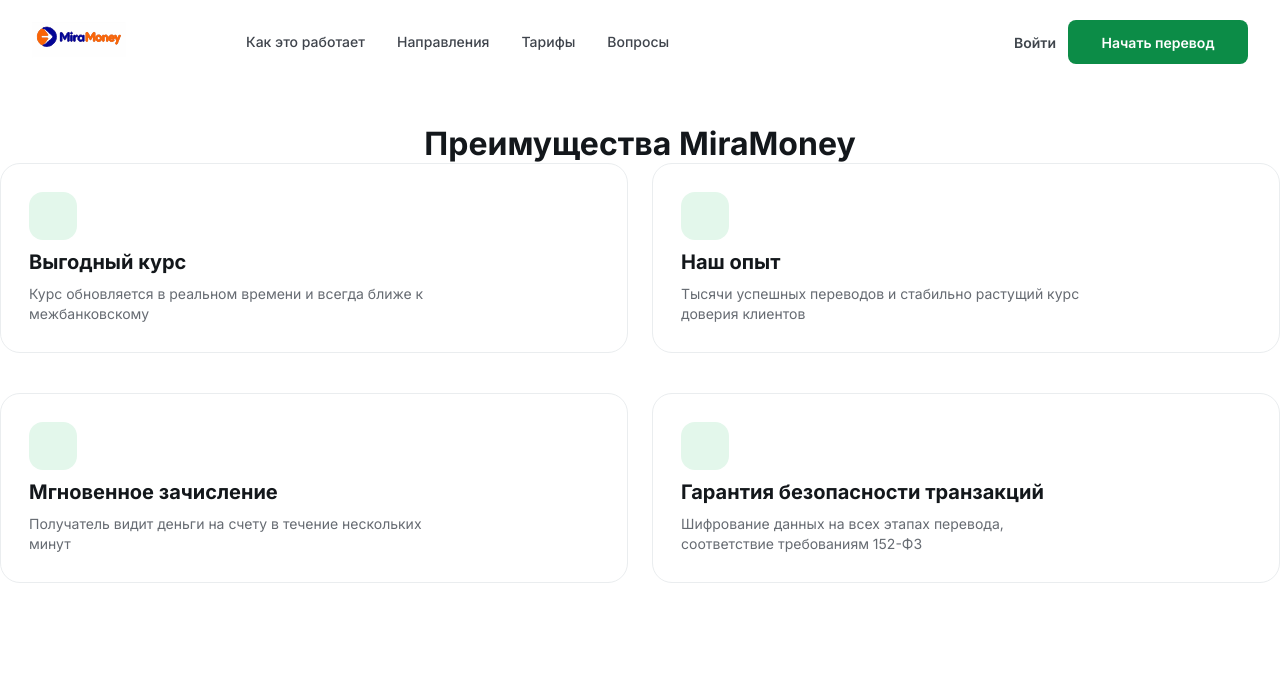
Repository: Shaiyr1/mira-money
Page: index.html
These files come from the project's save history. The page is drawn as it stood at one moment and after a run of saves; the edit follows.
The browser window is 1280 px wide. The pictures show the whole page.

Above is the page before, as saved 2026-10-20 16:39:46.

### index.html
<!DOCTYPE html>
<html lang="en">
<head>
    <meta charset="UTF-8">
    <meta http-equiv="X-UA-Compatible" content="IE=edge">
    <meta name="viewport" content="width=device-width, initial-scale=1.0">
    <link rel="stylesheet" href="/src/css/style.css">
    <title>Document</title>
</head>
<body>
    <header class="header">
        <nav class="header-nav">
            <a class="header-nav__link" href="">
                <img class="header-nav__link-logo" src="./src/img/logo.svg" alt="logo">
            </a>
            <ul class="header-nav__ul">
                <li class="header-nav__li">
                    <a class="header-nav__li-link" href="">Как это работает</a>
                </li>
                <li class="header-nav__li">
                    <a class="header-nav__li-link" href="">Направления</a>
                </li>
                <li class="header-nav__li">
                    <a class="header-nav__li-link" href="">Тарифы</a>
                </li>
                <li class="header-nav__li">
                    <a class="header-nav__li-link" href="">Вопросы</a>
                </li>
            </ul>
            <div class="header-nav__sign">
                <a class="header-nav__sign-link" href="">Войти</a>
                <button class="header-nav__sign-btn">Начать перевод</button>
            </div>
        </nav>
    </header>
    <main class="main">
        <section class="home">
            <div class="container">

            </div>
        </section>
        <section class="advantages">
            <div class="container">
                <h2 class="advantages__title">
                    Преимущества MiraMoney
                </h2>
                <div class="advantages-blocks">
                    <div class="advantages-block">
                        <img class="advantages-block__icon" src="./src/img/icon.svg" alt="icon">
                        <h5 class="advantages-block__title">Выгодный курс</h5>
                        <p class="advantages-block__subtitle">Курс обновляется в реальном времени и всегда ближе к межбанковскому</p>
                    </div>
                    <div class="advantages-block">
                        <img class="advantages-block__icon" src="./src/img/icon.svg" alt="icon">
                        <h5 class="advantages-block__title">Наш опыт</h5>
                        <p class="advantages-block__subtitle">Тысячи успешных переводов и стабильно растущий курс доверия клиентов</p>
                    </div>
                </div>
                <div class="advantages-blocks">
                    <div class="advantages-block">
                        <img class="advantages-block__icon" src="./src/img/icon.svg" alt="icon">
                        <h5 class="advantages-block__title">Мгновенное зачисление</h5>
                        <p class="advantages-block__subtitle">Получатель видит деньги на счету в течение нескольких минут</p>
                    </div>
                    <div class="advantages-block">
                        <img class="advantages-block__icon" src="./src/img/icon.svg" alt="icon">
                        <h5 class="advantages-block__title">Гарантия безопасности транзакций</h5>
                        <p class="advantages-block__subtitle">Шифрование данных на всех этапах перевода, соответствие требованиям 152-ФЗ</p>
                    </div>
                </div>
            </div>
        </section>
        <section class="description">
            <div class="container">

            </div>
        </section>
    </main>
</body>
</html>

### src/css/style.css
@import url('https://fonts.googleapis.com/css2?family=Inter:ital,opsz,wght@0,14..32,100..900;1,14..32,100..900&display=swap');

* {
    margin: 0;
    padding: 0;
    box-sizing: border-box;
}

.container {
    width: 1280px;
    margin: 0 auto;
}

.header {}

.header-nav {
    width: 95%;
    height: 84px;
    margin: 0 auto;
    display: flex;
    align-items: center;
}

.header-nav__link {}

.header-nav__link-logo {}

.header-nav__ul {
    margin-left: 120px;
    display: flex;
    align-items: center;
    gap: 32px;
}

.header-nav__li {
    list-style-type: none;
}

.header-nav__li-link {
    text-decoration: none;
    color: #3f444c;
    font-size: 14px;
    font-family: Inter;
    font-weight: 500;
    transition: 0.4s;
}

.header-nav__li-link:hover {
    color: #0c8c47;
    transition: 0.4s;
    font-size: 14.5px;
}

.header-nav__sign {
    margin-left: auto;
    display: flex;
    align-items: center;
    gap: 12px;
}

.header-nav__sign-link {
    text-decoration: none;
    color: #3f454c;
    font-size: 14px;
    font-family: Inter;
    font-weight: 600;
    transition: 0.4s;
}

.header-nav__sign-link:hover {
    color: #0c8c47;
    transition: 0.4s;
    font-size: 14.5px;

}

.header-nav__sign-btn {
    background-color: #0c8c47;
    width: 180px;
    height: 44px;
    border-radius: 8px;
    color: #ffffff;
    font-size: 14px;
    font-family: Inter;
    font-weight: 600;
    border: none;
    cursor: pointer;
    transition: 0.4s;
}

.header-nav__sign-btn:hover {
    background-color: rgb(0, 96, 0);
    transition: 0.4s;
}



.advantages {
    padding-top: 40px;
}

.advantages__title {
    color: #13171b;
    text-align: center;
    font-size: 32px;
    font-family: Inter;
    font-weight: 700;
}

.advantages-blocks {
    width: 100%;
    display: flex;
    align-items: center;
    gap: 24px;
    margin-bottom: 40px;
}

.advantages-block {
    width: 50%;
    border: 1px solid #eaedef;
    border-radius: 20px;
    padding: 28px;
    display: flex;
    flex-direction: column;
    align-items: flex-start;
    gap: 10px;
}

.advantages-block__icon {}

.advantages-block__title {
    color: #13171b;
    font-size: 20px;
    font-family: Inter;
    font-weight: 700;

}

.advantages-block__subtitle {
    width:400px;
    color: #666b72;
    text-align: left;
    font-size: 14px;
    font-family: Inter;
    line-height: 20px;
}

After the next 2 saves:
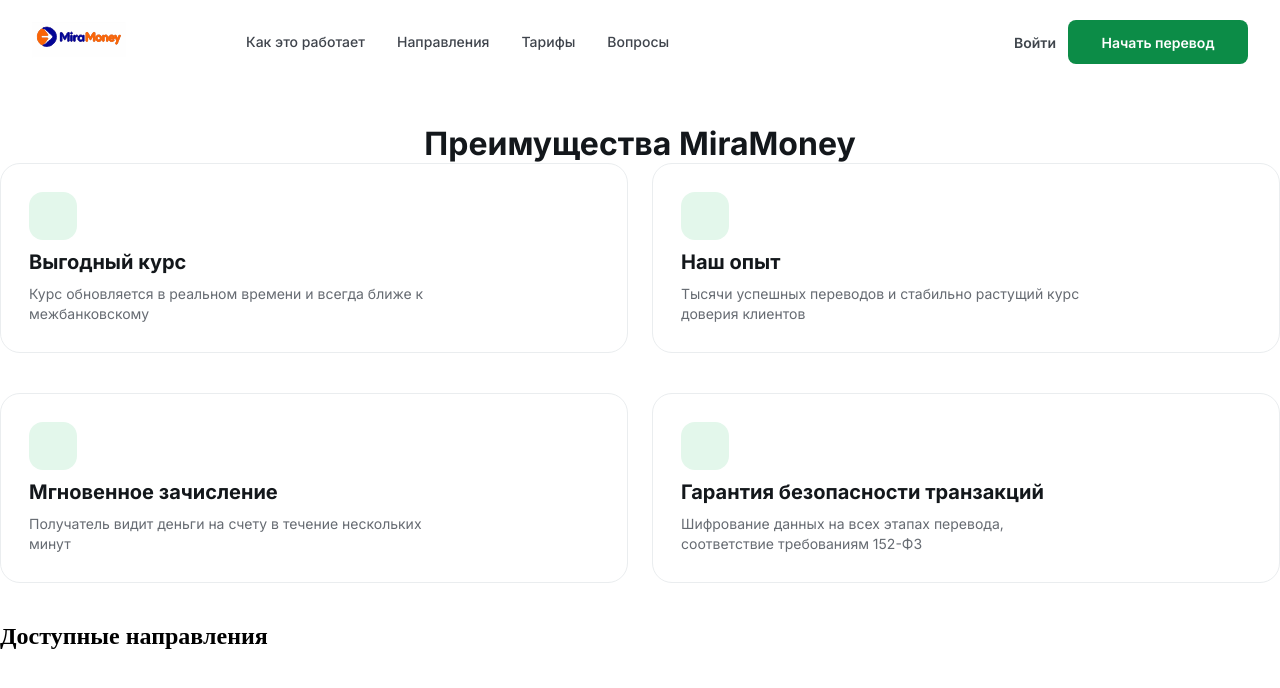
The 2 saves are shown as one change because they came seconds apart.
The last was saved 22 s later.
--- a/index.html
+++ b/index.html
@@ -72,7 +72,7 @@
         </section>
         <section class="description">
             <div class="container">
-
+                <h2>Доступные направления</h2>
             </div>
         </section>
     </main>
